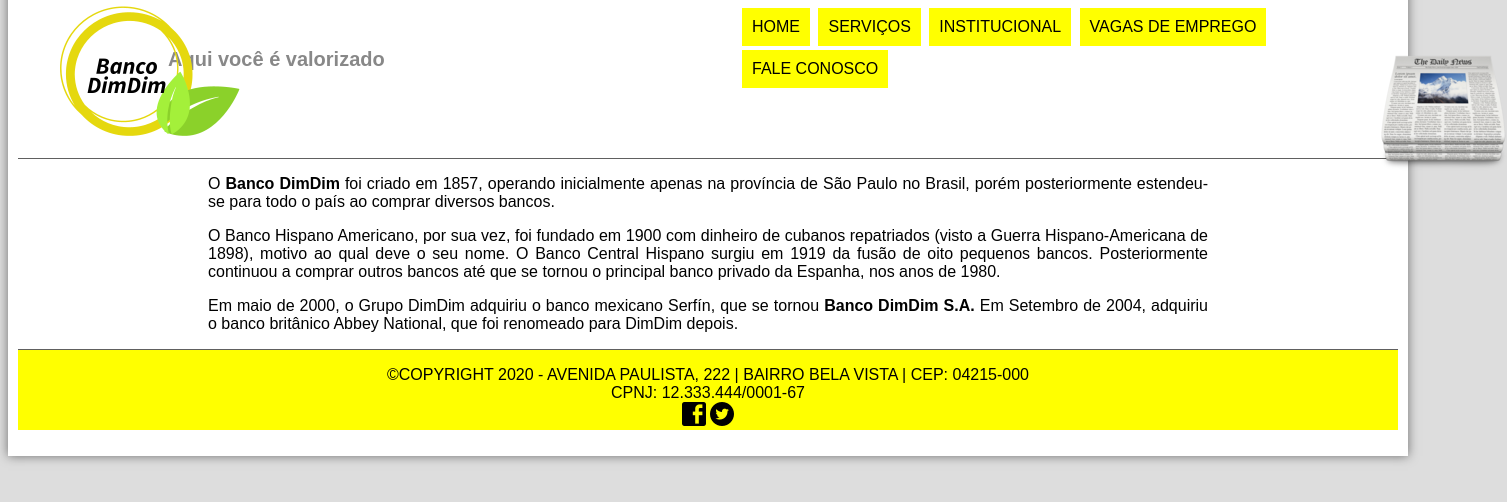
Repository: marceloShibuya/DevOps
Page: http://localhost/Nac_DevOPS/emprego.jsp
An editor plug-in stored every save of this project. The page is shown before and after the next save, followed by the edit.
The browser window is 1280 px wide. The page is 1507 px wide, then 1408 px, so the pictures cover 1507 px, including what lies to the right of the window. The pictures show the whole page.
Some web fonts or font styles are not loaded; a fallback is used. The page is served by Tomcat 9. Other server files are loaded and not shown.

Above is the page before, as saved 2020-02-25 00:48:36.

### Nac_DevOPS/WebContent/emprego.jsp
<%@ page language="java" contentType="text/html; charset=ISO-8859-1"
    pageEncoding="ISO-8859-1"%>
<!DOCTYPE html>
<html>
<head>
	<meta charset="utf-8">
	<title>Nac DevOPS</title>
	<link rel="stylesheet" type="text/css" href="_css/estilo.css">
</head>
<script src="_javascript/funcoes.js"></script>
<body>
<div id="interface">
	<header id="cabecalho">
		<hgroup>
			<h2>Aqui você é valorizado</h2>
		</hgroup>
		<img id="icone" src="_imagens/logo_DimDim.png">
		<img id="icone_2" src="_imagens/emprego.png">
	<nav id="menu">
		<ul>
			<li onmouseover="mudaFoto('_imagens/home.png')"
			onmouseout="mudaFoto('_imagens/emprego.png')"><a href="index.jsp">Home</a></li>
			<li onmouseover="mudaFoto('_imagens/especificacoes.png')"
			onmouseout="mudaFoto('_imagens/emprego.png')"><a href="servicos.jsp">Serviços</a></li>
			<li onmouseover="mudaFoto('_imagens/inst.jpg')"
			onmouseout="mudaFoto('_imagens/emprego.png')"><a href="institucional.jsp">Institucional</a></li>
			<li onmouseover="mudaFoto('_imagens/emprego.png')"
			onmouseout="mudaFoto('_imagens/emprego.png')"><a href="emprego.jsp">Vagas de emprego</a></li>
			<li onmouseover="mudaFoto('_imagens/contato.png')"
			onmouseout="mudaFoto('_imagens/emprego.png')"><a href="contato.jsp">Fale Conosco</a></li>
		</ul>
	</nav>
	</header>
<section id="corpo">

	<p>O <b>Banco DimDim</b> foi criado em 1857, operando inicialmente apenas na província de São Paulo no Brasil, porém posteriormente estendeu-se para todo o país ao comprar diversos bancos.</p>

	<p>O Banco Hispano Americano, por sua vez, foi fundado em 1900 com dinheiro de cubanos repatriados (visto a Guerra Hispano-Americana de 1898), motivo ao qual deve o seu nome. O Banco Central Hispano surgiu em 1919 da fusão de oito pequenos bancos. Posteriormente continuou a comprar outros bancos até que se tornou o principal banco privado da Espanha, nos anos de 1980.</p>

	<p>Em maio de 2000, o Grupo DimDim adquiriu o banco mexicano Serfín, que se tornou <b>Banco DimDim S.A.</b> Em Setembro de 2004, adquiriu o banco britânico Abbey National, que foi renomeado para DimDim depois.</p>


</section>

<footer id="rodape">
<p>&copy;Copyright 2020 - Avenida Paulista, 222 | Bairro Bela Vista | CEP: 04215-000 <br>
	CPNJ: 12.333.444/0001-67 <br>
<a href="http://facebook.com" target="_blank" ><img src="_imagens/facebook.png"></a>
<a href="http://twitter.com" target="_blank"><img src="_imagens/twitter.png"></a></p>
</footer>
</div>
</body>
</html>

### Nac_DevOPS/WebContent/_css/estilo.css
@import url('https://fonts.googleapis.com/css?family=Titillium+Web&display=swap');
@font-face {
	font-family: 'FonteLogo';
	src: url("../_fonts/bubblegum-sans-regular.otf");
}

body{
	font-family: arial, sans-serif;
	background-color: #dddddd;
	color: rgba(0,0,0,1);
	}

div#interface {
	width: 1380px;
	background-color: #ffffff;
	margin: -20px auto 0px auto;
	box-shadow: 0px 0px 10px rgba(0,0,0,.5);
	padding: 30px 10px 10px 10px;
}

header#cabecalho img#icone_2 {
	position: absolute;
	left: 1380px;
	top: 50px;
}

header#cabecalho img#icone {
	position: absolute;
	left: 50px;
	top: -20px;
}

header#cabecalho {
	border-bottom: 1px #606060 solid;
	height: 110px;
}

header#cabecalho h2 {
	font-family: 'Titillium Web', sans-serif;
	font-size: 15pt;
	color: #888888;
	padding: 0px;
	margin-top: 30px;
	margin-left: 150px;
}

p {
	font-family: 'FonteLogo', sans-serif;
	text-align: justify;
}

/* Formatação da foto */


figure.foto-legenda{
	position: relative;
	border: 8px solid white;
	box-shadow: 1px 1px 4px black;
}

figure.foto-legenda img{
	width: 100%;
	height: 100%;
}

figure.foto-legenda figcaption{
	position: absolute;
	top: 0px;
	background-color: rgba(0,0,0,.4);
	color: white;
	width: 100%;
	height: 100%;
	padding: 10px;
	box-sizing: border-box;
	opacity: 0;
	transition: opacity 1s;
}

figure.foto-legenda:hover figcaption{
	opacity: 1;
}

/*  Formatação do Menu*/


nav#menu{
	display: block;
}

nav#menu ul{
	list-style: none;
	text-transform: uppercase;
	position: absolute;
	top: -10px;
	left:700px;
}

nav#menu li{
	display: inline-block;
	background-color: #ffff00;
	padding: 10px;
	margin: 2px;
	transition: background-color 1s;
}

nav#menu li:hover{
	background-color: #ffff00;
	color: #ffffff;
}

nav#menu h1{
	display: none;
}

nav#menu a{
	color: #000000;
	text-decoration: none;
}

nav#menu a:hover{
	color: #ffff;
}

.login__content {
	margin-left: 1020px;
	margin-top: -25px;
	display: block;
	flex-direction: row;
	justify-content: center;

}

.login__title {
	margin-top: -20px;
	margin-left: 600px;
}

input#cpf {
	border-style: solid;
	border-color: #ffff00;
	box-shadow: 1px 1px 4px black;
}

input#senha {
	border-style: solid;
	border-color: #ffff00;
	box-shadow: 1px 1px 4px black;
}

.btn-full {
	background-color: #ffff00;
	text-transform: uppercase;
	box-shadow: 1px 1px 4px black;
	cursor:pointer;
}

span{
	color:white;
}

/* Formatação da Section */

section#corpo {
	display: block;
	width: 1000px;
	margin: auto;
}


footer#rodape {
	clear: both;
	border-top: 1px solid #606060;
	background-color: #ffff00;
}

footer#rodape p{
	text-transform: uppercase;
	text-align: center;
	font-family: 'Titillium Web', sans-serif;
}

### Nac_DevOPS/WebContent/_javascript/funcoes.js
function mudaFoto(foto){
	document.getElementById('icone_2').src = foto;
}

After the next save:
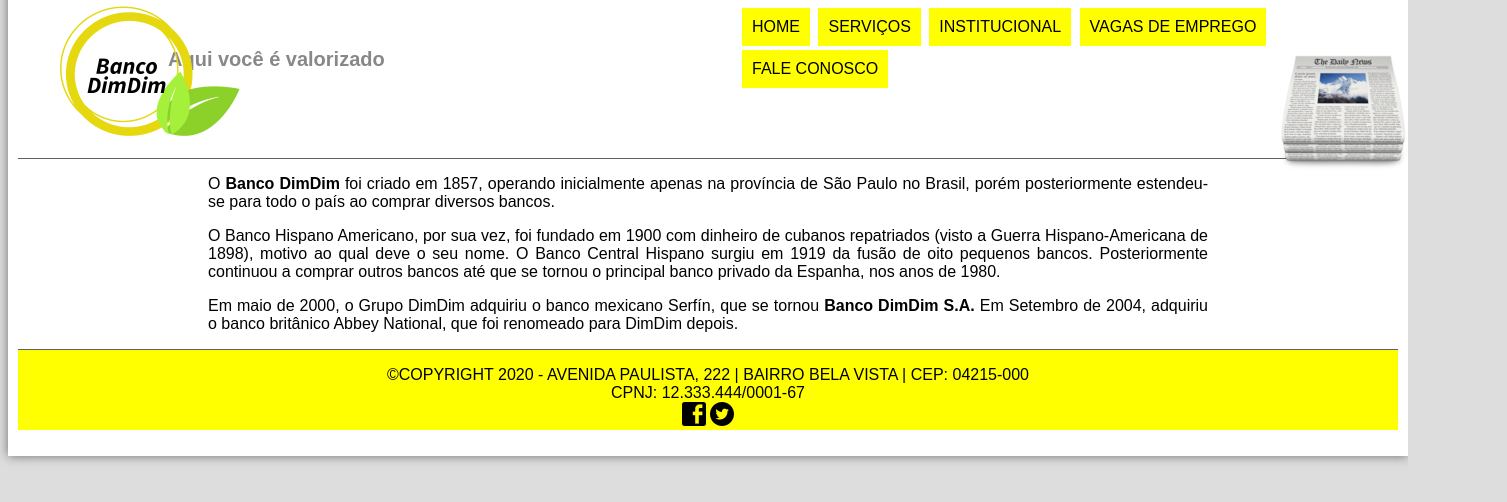
Saved 12 s later.
--- a/Nac_DevOPS/WebContent/_css/estilo.css
+++ b/Nac_DevOPS/WebContent/_css/estilo.css
@@ -20,7 +20,7 @@ div#interface {
 
 header#cabecalho img#icone_2 {
 	position: absolute;
-	left: 1380px;
+	left: 1280px;
 	top: 50px;
 }
 
